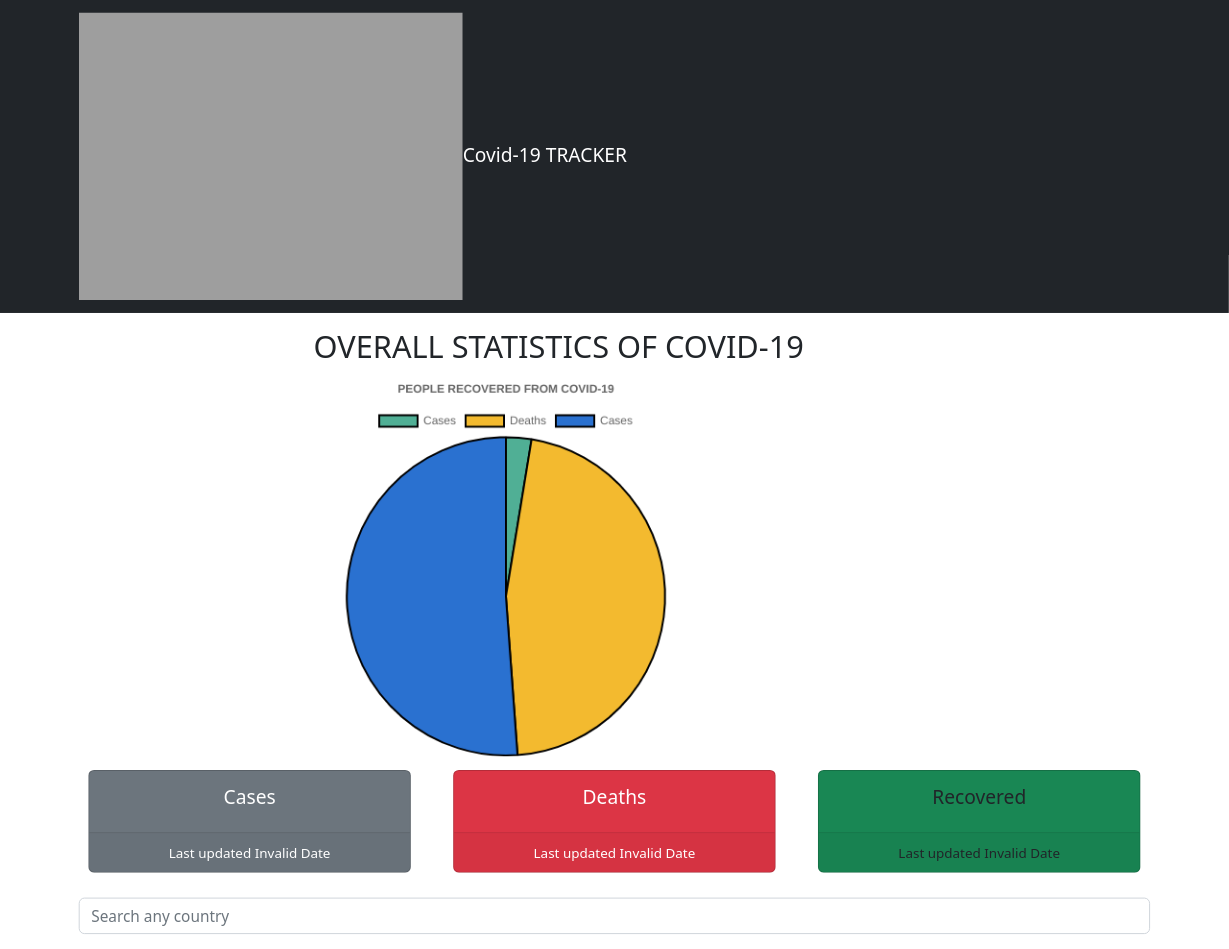
Repository: azizdeghais/CovidTracker
Page: /
These files come from the project's save history. The page is drawn as it stood at one moment and after the next save; the edit follows.
The browser window is 1280 px wide. The pictures show the whole page, at 96% of full size.
Pictures or frames that could not be fetched are drawn as grey boxes. The page's requests for data from a server got no answer. The project was rebuilt for these pictures with package versions that can differ from the ones it lists, and the page was loaded fresh each time. No one was signed in, and anything a server would have sent is missing. Also part of the build but not shown: vite.config.js.

Above is the page before, as saved 2023-03-10 20:25:32.

After the next save:
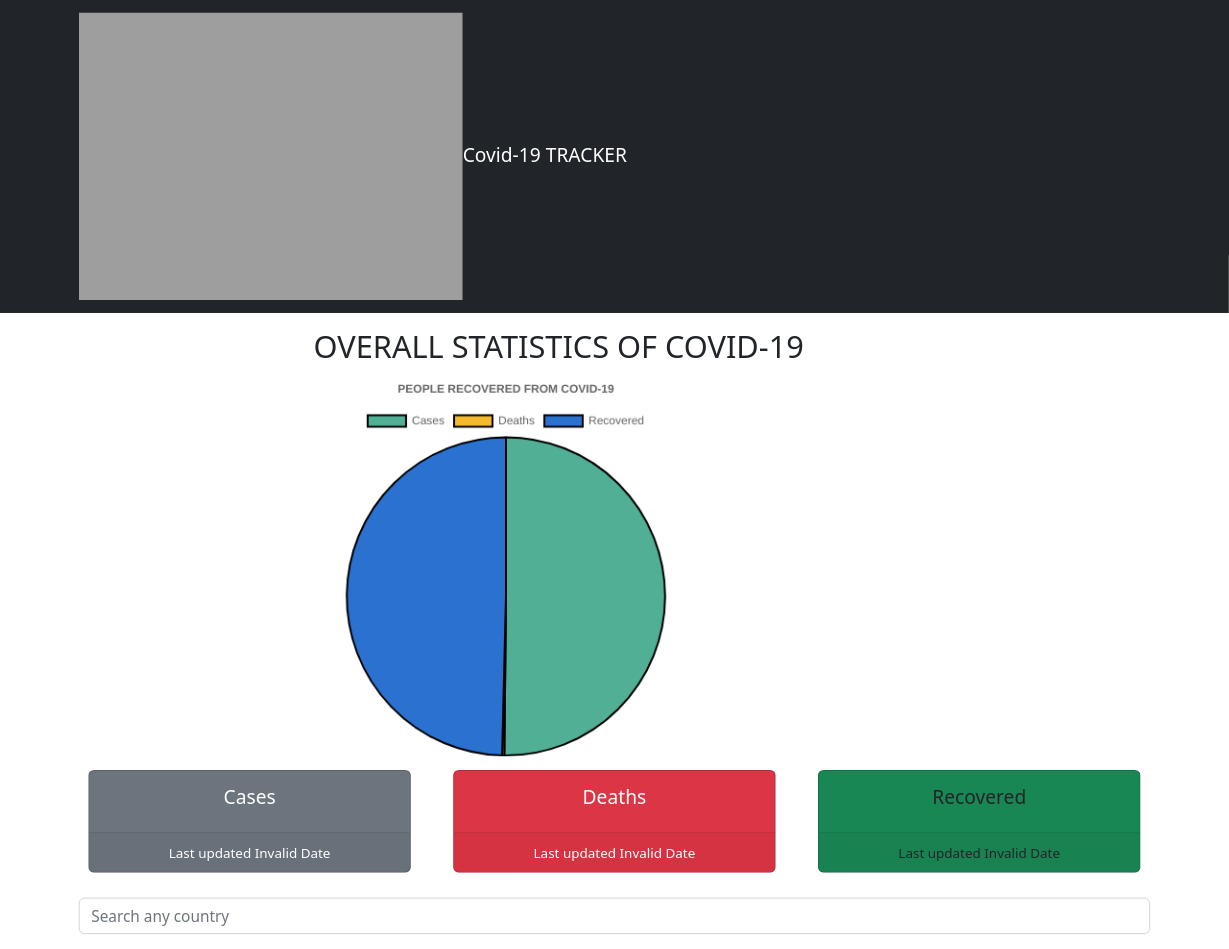
Saved 19 s later.
--- a/src/utils/Data.js
+++ b/src/utils/Data.js
@@ -7,12 +7,12 @@ export const Data = [
     {
       id: 2,
       year: 'Deaths',
-      userGain: 686643455,
+      userGain: 168935,
     },
     {
       id: 3,
-      year: 'Cases',
-      userGain: 759408703,
+      year: 'Recovered',
+      userGain: 37839100,
     },
 
   ];
